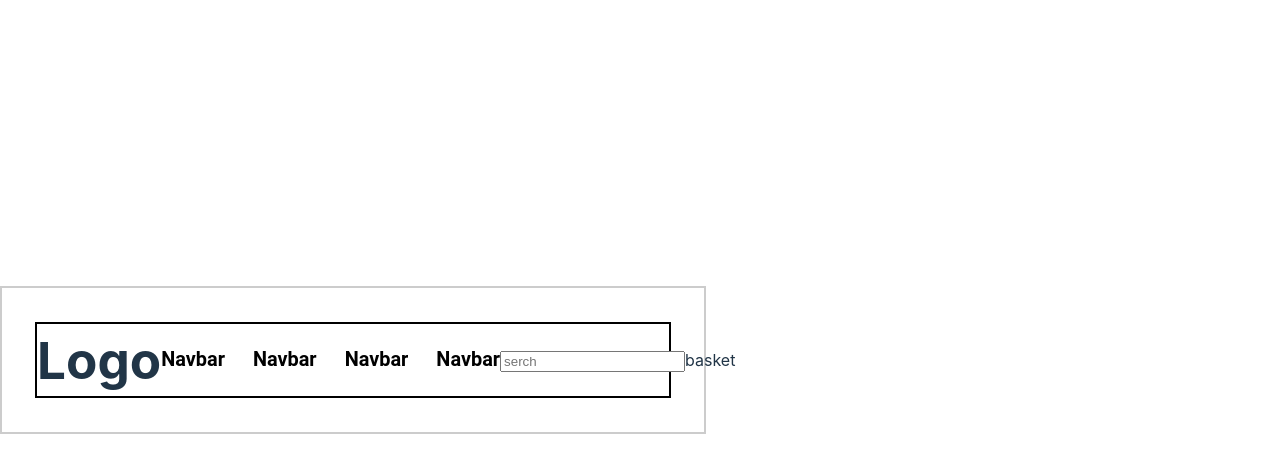
Repository: Islam432/Islam-and-Arsi---team
Page: /
These files come from the project's save history. The page is drawn as it stood at one moment and after the next save; the edit follows.
The browser window is 1280 px wide. The pictures show the whole page.
The project was rebuilt for these pictures with package versions that can differ from the ones it lists, and the page was loaded fresh each time. Also part of the build but not shown: vite.config.js, src/App.css.

Above is the page before, as saved 2023-03-09 23:14:05.

### src/main.jsx
import React from "react";
import ReactDOM from "react-dom/client";
import App from "./App";
import "./index.css";
import { BrowserRouter } from "react-router-dom";


ReactDOM.createRoot(document.getElementById("root")).render(
  <React.StrictMode>

      <BrowserRouter>
        <App />
      </BrowserRouter>

  </React.StrictMode>
);

### src/App.jsx
import { useState } from "react";
import reactLogo from "./assets/react.svg";
import "./App.css";
import { Route, Routes } from "react-router-dom";
import { Layout } from "./components/Layout";

function App() {
  return (

    <Layout>  <Routes>
    <Route path="/" />
    <Route path="/" />
  </Routes></Layout>

  );
}

export default App;

### src/components/Layout/index.jsx
import React from 'react'
import { Navbar } from '../Navbar/Navbar'

export const Layout = ({children}) => {
  return (
  <>
 <Navbar/>
  <main>{children}</main>
  </>
  )
}

### src/components/Navbar/Navbar.jsx
import React from "react";
import { NavLink } from "react-router-dom";
import styles from "./Navbar.module.css";

export const Navbar = () => {
  return (
    <div className={styles.cont}>
      <div className={styles.allnav}>
        <h1>Logo</h1>

        <div className={styles.navbar}>
          <NavLink className={styles.NavLink}>
            <h3>Navbar</h3>
          </NavLink>
          <NavLink className={styles.NavLink}>
            <h3>Navbar</h3>
          </NavLink>
          <NavLink className={styles.NavLink}>
            <h3>Navbar</h3>
          </NavLink>
          <NavLink className={styles.NavLink}>
            <h3>Navbar</h3>
          </NavLink>

        </div>

        <div className={styles.inputblok}>
          <input type="text" placeholder="serch" />
        </div>

        <div>basket</div>
      </div>
    </div>
  );
};

### src/components/Navbar/Navbar.module.css
.cont {
  display: flex;
  align-items: center;
  justify-content: center;
  height: 20vh;
  background: #ffffff;
  border: 2px solid #ccc;
}

.allnav {
  display: flex;
  align-items: center;
  justify-content: space-around;
  width: 90%;
  height: 10vh;
  border: 2px solid black;
}
.navbar {
  display: flex;
  justify-content: space-around;
  align-items: center;
  gap: 28px;

  font-family: Roboto;
  font-style: Bold;
  font-size: 17px;

}
.NavLink{
    text-decoration: none;
    color: rgb(0, 0, 0);
}

Loaded but not shown: index.html (common file); src/index.css (common file)

After the next save:
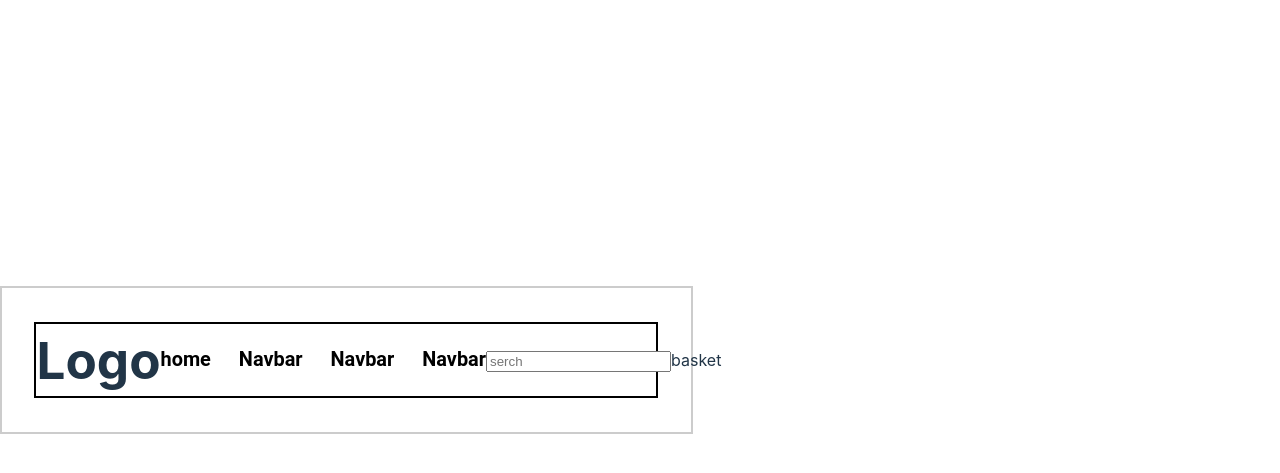
Saved 99 s later.
--- a/src/components/Navbar/Navbar.jsx
+++ b/src/components/Navbar/Navbar.jsx
@@ -10,7 +10,7 @@ export const Navbar = () => {
 
         <div className={styles.navbar}>
           <NavLink className={styles.NavLink}>
-            <h3>Navbar</h3>
+            <h3>home</h3>
           </NavLink>
           <NavLink className={styles.NavLink}>
             <h3>Navbar</h3>
